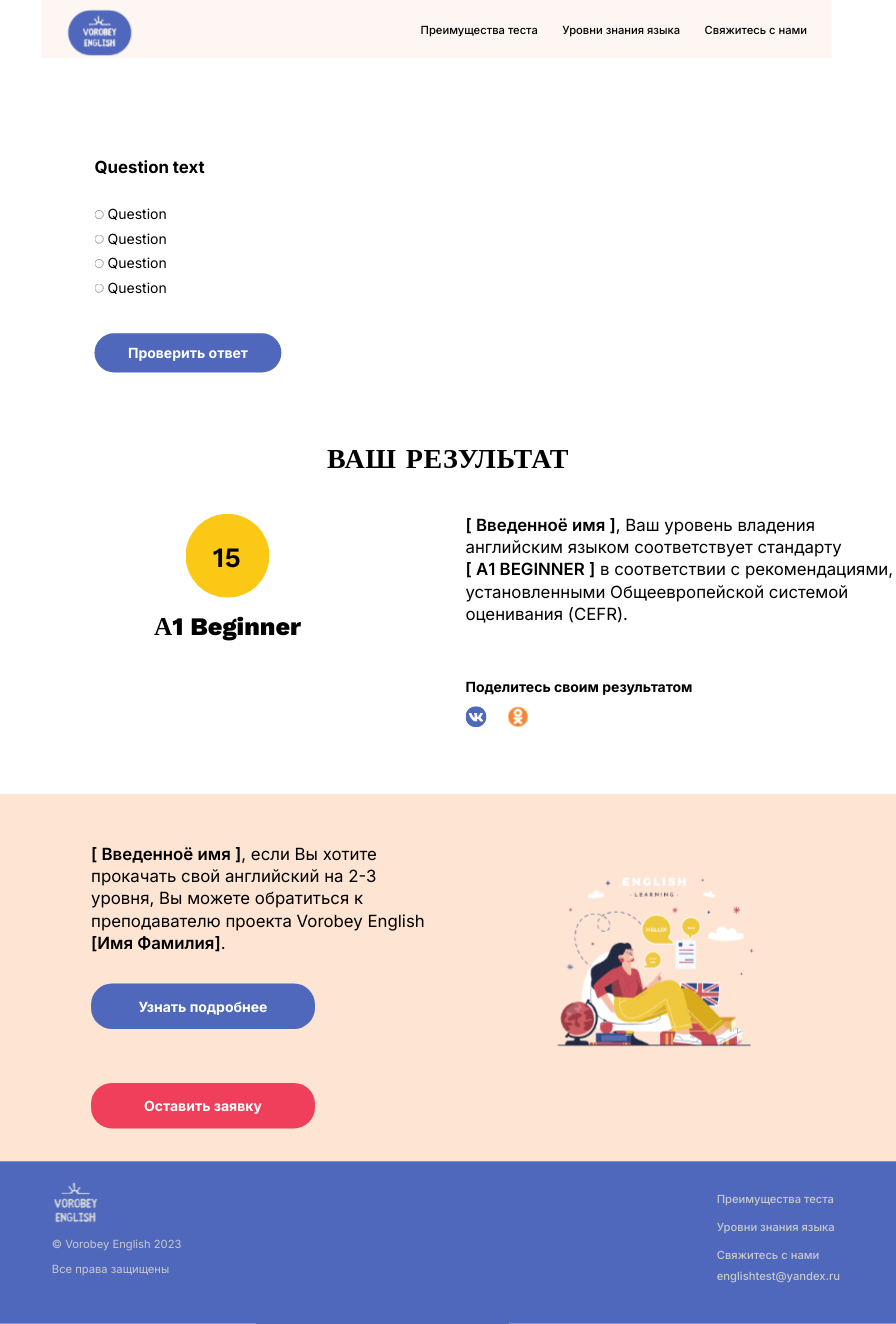
Repository: WladimirVA/PP-01-01_Dandelions
Page: test.html
The author's editor kept a copy of each file at every save. The page is drawn from the files as they stood at one save, then again after the next save.
The browser window is 1280 px wide. The pictures show the whole page, at 70% of full size.

Above is the page before, as saved 2023-02-14 16:22:21.

After the next save:
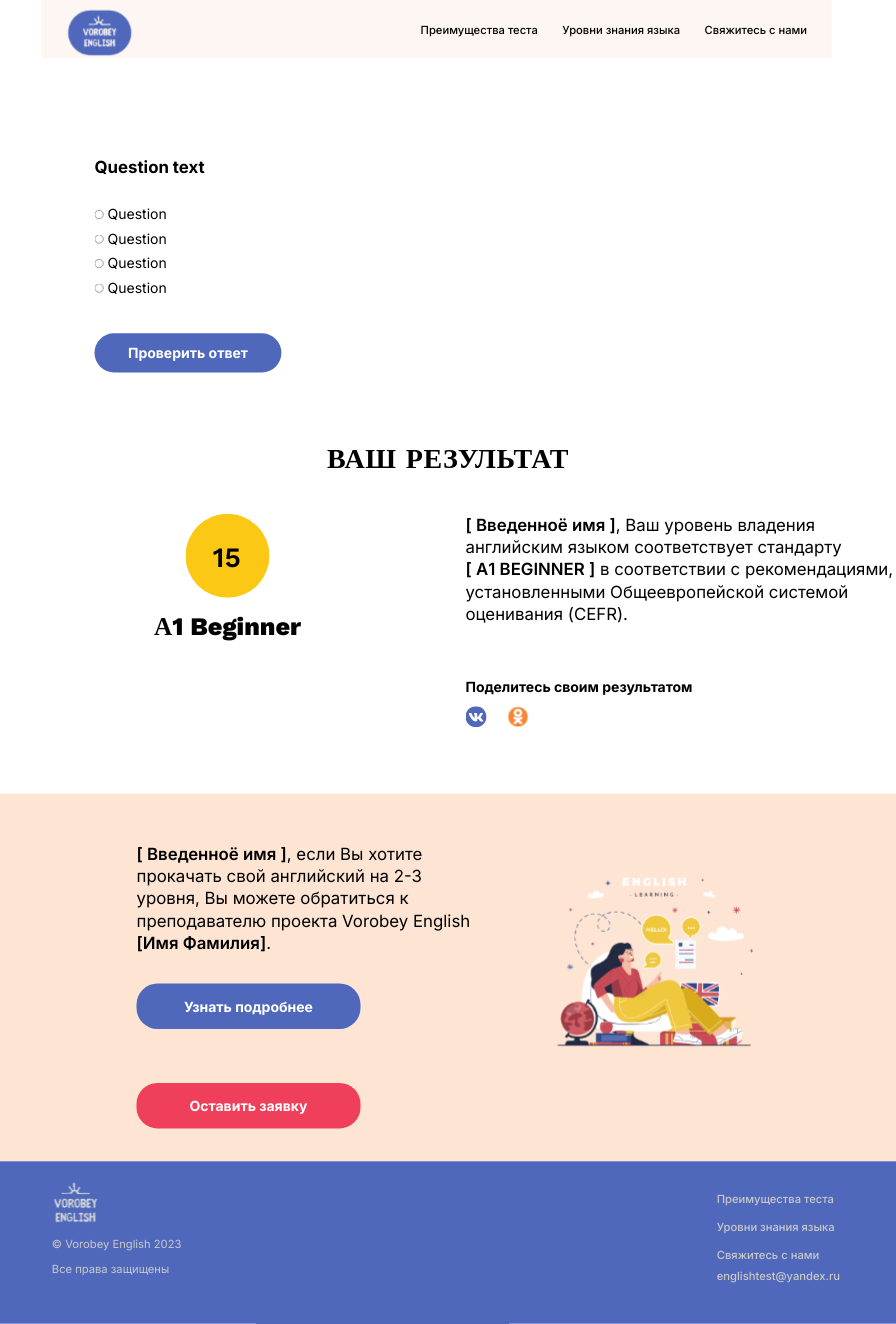
Saved 2 min 21 s later.
--- a/static/css/test.css
+++ b/static/css/test.css
@@ -144,7 +144,7 @@ body {
     background-size: 100%;
     background-color: #FDE4D3;
     padding-top: 75px;
-    padding: 70px 0 0 130px;
+    padding: 70px 0 0 195px;
     margin-top: 165px;
 }
 
